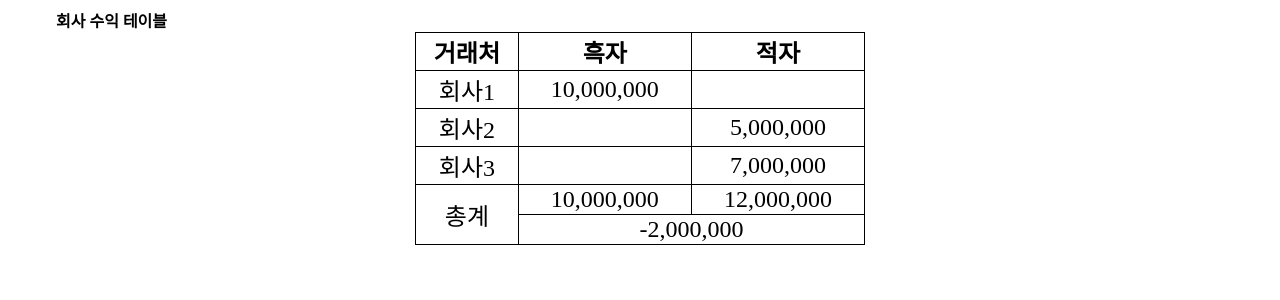
Repository: guswnsdldl/gb
Page: html workspace/f_table/src/main/webapp/span-task02.html
The author's editor kept a copy of each file at every save. The page is drawn from the files as they stood at one save, then again after the next save.
The browser window is 1280 px wide. The pictures show the whole page.

Above is the page before, as saved 2024-08-06 03:13:13.

### html workspace/f_table/src/main/webapp/span-task02.html
<!DOCTYPE html>
<html>
<head>
<meta charset="UTF-8">
<title>회사 수익 테이블</title>
<style>
   table, tr, td, th {
      text-align: center;
      width: 450px;
      margin: 0 auto;
      border: 1px solid black;
      border-collapse: collapse;
      font-size: 1.5rem;
   }
</style>
</head>
<body>

&nbsp;&nbsp;&nbsp;&nbsp;&nbsp;&nbsp;&nbsp;&nbsp;&nbsp;&nbsp;&nbsp;&nbsp;<strong>회사 수익 테이블</strong>
<table>
 		<tr>
        <th>거래처</th>
         <th>흑자</th>
          <th>적자</th>
      </tr>
      <tr>
         <td>회사1</td>
         <td>10,000,000</td>
         <td></td>

      </tr>
      <tr>
         <td>회사2</td>
         <td></td>
         <td>5,000,000</td>
      </tr>
      <tr>
         <td>회사3</td>
         <td></td>
         <td>7,000,000</td>
      </tr>
      <tr>
         <td rowspan="2">총계</td>
         <td>10,000,000</td>
         <td>12,000,000</td>
      </tr>
       <tr>

         <td colspan="2">-2,000,000</td>
      </tr>
   </table>

</body>
</html>

After the next save:
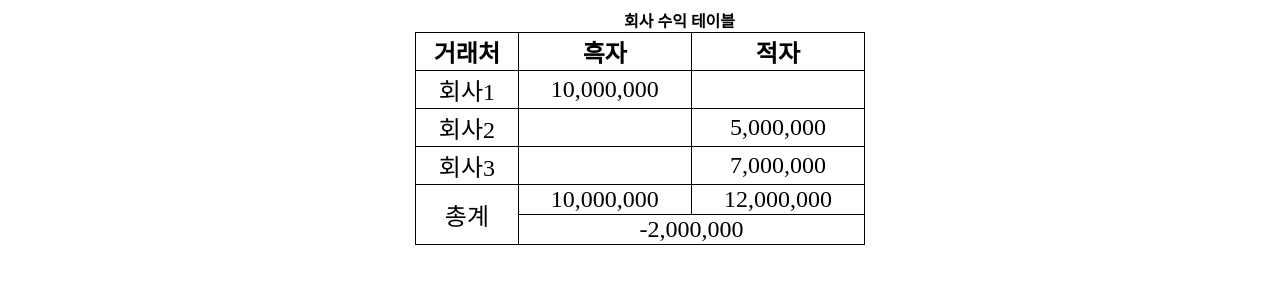
Saved 13 s later.
--- a/html workspace/f_table/src/main/webapp/span-task02.html
+++ b/html workspace/f_table/src/main/webapp/span-task02.html
@@ -16,7 +16,7 @@
 </head>
 <body>
 
-&nbsp;&nbsp;&nbsp;&nbsp;&nbsp;&nbsp;&nbsp;&nbsp;&nbsp;&nbsp;&nbsp;&nbsp;<strong>회사 수익 테이블</strong>
+&nbsp;&nbsp;&nbsp;&nbsp;&nbsp;&nbsp;&nbsp;&nbsp;&nbsp;&nbsp;&nbsp;&nbsp;&nbsp;&nbsp;&nbsp;&nbsp;&nbsp;&nbsp;&nbsp;&nbsp;&nbsp;&nbsp;&nbsp;&nbsp;&nbsp;&nbsp;&nbsp;&nbsp;&nbsp;&nbsp;&nbsp;&nbsp;&nbsp;&nbsp;&nbsp;&nbsp;&nbsp;&nbsp;&nbsp;&nbsp;&nbsp;&nbsp;&nbsp;&nbsp;&nbsp;&nbsp;&nbsp;&nbsp;&nbsp;&nbsp;&nbsp;&nbsp;&nbsp;&nbsp;&nbsp;&nbsp;&nbsp;&nbsp;&nbsp;&nbsp;&nbsp;&nbsp;&nbsp;&nbsp;&nbsp;&nbsp;&nbsp;&nbsp;&nbsp;&nbsp;&nbsp;&nbsp;&nbsp;&nbsp;&nbsp;&nbsp;&nbsp;&nbsp;&nbsp;&nbsp;&nbsp;&nbsp;&nbsp;&nbsp;&nbsp;&nbsp;&nbsp;&nbsp;&nbsp;&nbsp;&nbsp;&nbsp;&nbsp;&nbsp;&nbsp;&nbsp;&nbsp;&nbsp;&nbsp;&nbsp;&nbsp;&nbsp;&nbsp;&nbsp;&nbsp;&nbsp;&nbsp;&nbsp;&nbsp;&nbsp;&nbsp;&nbsp;&nbsp;&nbsp;&nbsp;&nbsp;&nbsp;&nbsp;&nbsp;&nbsp;&nbsp;&nbsp;&nbsp;&nbsp;&nbsp;&nbsp;&nbsp;&nbsp;&nbsp;&nbsp;&nbsp;&nbsp;&nbsp;&nbsp;&nbsp;&nbsp;&nbsp;&nbsp;&nbsp;&nbsp;&nbsp;&nbsp;&nbsp;&nbsp;&nbsp;&nbsp;&nbsp;&nbsp;&nbsp;&nbsp;&nbsp;&nbsp;&nbsp;&nbsp;<strong>회사 수익 테이블</strong>
 <table>
  		<tr>
         <th>거래처</th>
